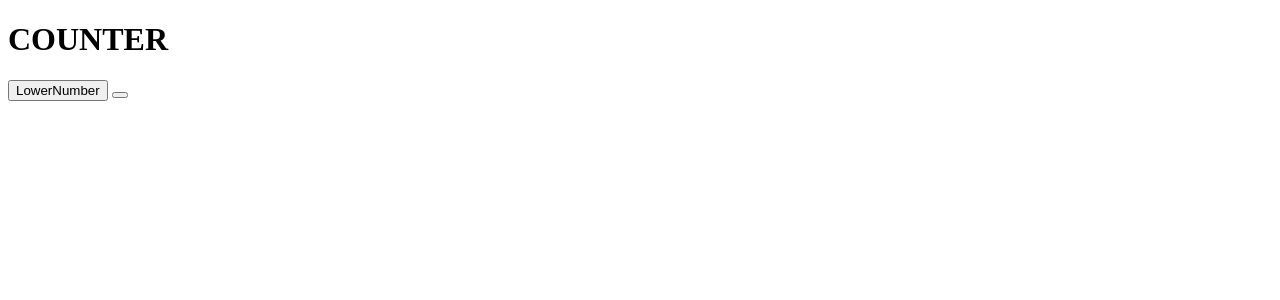
Repository: Sgalstyan06/counterNum
Page: index.html
These files come from the project's save history. The page is drawn as it stood at one moment and after the next save; the edit follows.
The browser window is 1280 px wide. The pictures show the whole page.

Above is the page before, as saved 2022-02-14 16:33:04.

After the next save:
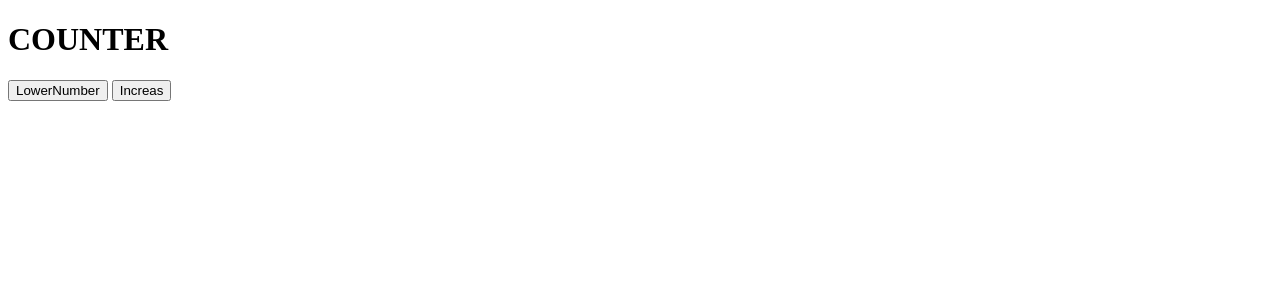
Saved 5 s later.
--- a/index.html
+++ b/index.html
@@ -13,7 +13,7 @@
         <div></div>
         <div>
             <button>LowerNumber</button>
-            <button></button>
+            <button>Increas</button>
         </div>
     </div>
     <script src="./script.js"></script>
